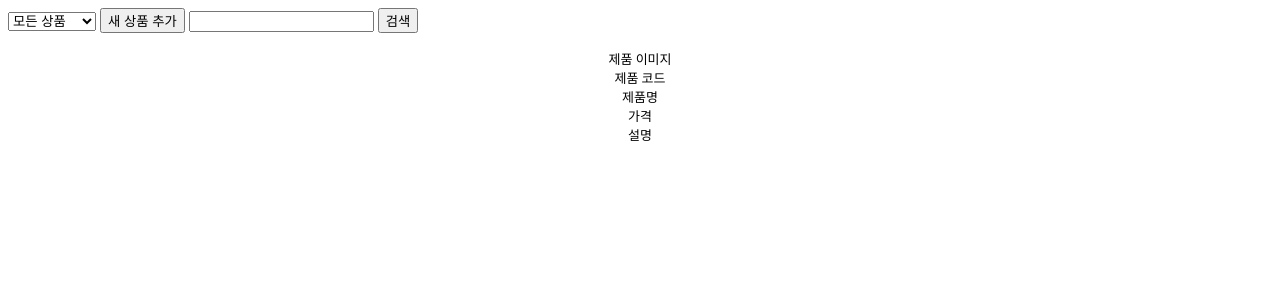
Repository: sjeong12/Photos
Page: http://localhost/LSJ_PHOTO/admin/productList.jsp
The author's editor kept a copy of each file at every save. The page is drawn from the files as they stood at one save, then again after the next save.
The browser window is 1280 px wide. The pictures show the whole page.
The page is served by Tomcat 9. Other server files are loaded and not shown. Queries for data that is not in the repository find no rows.

Above is the page before, as saved 2016-12-07 07:23:24.

### LSJ_PHOTO/WebContent/admin/productList.jsp
<%@ page language="java" import="java.sql.*" contentType="text/html; charset=utf-8" pageEncoding="utf-8" %>
<% request.setCharacterEncoding("utf-8"); %>
<HTML><HEAD>
<TITLE>제품 목록</TITLE></HEAD>

<script language=javascript>
function add_product()
{
	document.frm_s.action = "/LSJ_PHOTO/home.jsp?page=/admin/addProduct";
	document.frm_s.submit();
}
</script>


<BODY>

<%
    //String in_usernm = request.getParameter("search_value");
    //if (in_usernm == null) in_usernm = "";

    String in_search_key   = request.getParameter("search_key");
	String in_search_value = request.getParameter("search_value");
    //  페이지 번호 – 없으면(처음) 1, 아니면 전달 받은 페이지
    String strPageNum = request.getParameter("PageNum");     // paging
    // 표시할 목록의 개수 – 없으면 지정하여 사용
  	String strPageSize = request.getParameter("PageSize");   // paging
  	if (in_search_key   == null) in_search_key   = "";
 	if (in_search_value == null) in_search_value = "";
    if (strPageNum == null) strPageNum = "1";        // paging
    if (strPageSize == null) strPageSize = "10";      // paging    이 크기는 화면 사이즈에 따라 다름
    int currentPage = Integer.parseInt(strPageNum);  // paging  현재 선택 페이지 값 INT 로 변경
    int pageSize = Integer.parseInt(strPageSize);     // paging    목록의 갯수 INT로 변경
%>

<FORM NAME = frm_s  ACTION="/LSJ_PHOTO/home.jsp?page=/admin/productList" METHOD=post>
<SELECT NAME=search_key>

<OPTION VALUE = ""
	<%
 	     if (in_search_key.equals("")) out.print(" selected");
	%>
    >모든 상품</OPTION>
<OPTION VALUE = "1"
	<%
 	     if (in_search_key.equals("1")) out.print(" selected");
	%>
    >액자</OPTION>
<OPTION VALUE = "2"
    <%
         if (in_search_key.equals("2")) out.print(" selected");
    %>
  >앨범</OPTION>
 <OPTION VALUE = "3"
    <%
         if (in_search_key.equals("3")) out.print(" selected");
    %>
  >디자인 소품</OPTION>


   </SELECT>

<INPUT TYPE=button VALUE="새 상품 추가" onclick = "add_product()">
<right>
<INPUT TYPE=text NAME=search_value VALUE="<%= in_search_value %>">
<INPUT TYPE=submit VALUE="검색">
</right>
</FORM>




<TR bgcolor = "EAEAEA" height="30">
<TD><font size = 2><center>제품 이미지</center></font></TD>
<TD><font size = 2><center>제품 코드</center></font></TD>
<TD><font size = 2><center>제품명</center></font></TD>
<TD><font size = 2><center>가격</center></font></TD>
<TD><font size = 2><center>설명</center></font></TD>
</TR>
<%
Class.forName("com.microsoft.sqlserver.jdbc.SQLServerDriver");
String connectionURL = "jdbc:sqlserver://localhost:1433;databaseName=DBPstudio;user=sa;password=11";
Connection con = DriverManager.getConnection(connectionURL);

ResultSet rs = null;   // 데이터 베이스에서 가져온 정보를 저장하는 객체
ResultSet rs2 = null;      // paging    rs 객체 하나 더 생성

     Statement stmt = con.createStatement();
   //String SQL = "select userid, usernm, gender, jumin, jobcd from members order by userid";


     String SQL = "SELECT * ";

if (in_search_key.equals("")){
	SQL = SQL + "from Product ";
    SQL = SQL + "where Product_Name LIKE '%" + in_search_value + "%'";
    SQL = SQL + "or Product_Code Like '%" + in_search_value + "%' ";
}
else if (in_search_key.equals("1")){
	SQL = SQL + "from Product P, Sub_Category S ";
    SQL = SQL + "where (P.Product_Name LIKE '%" + in_search_value + "%' ";
    SQL = SQL + "or P.Product_Code Like '%" + in_search_value + "%') ";
    SQL = SQL + "and (P.SubCategory_Num = S.Sub_Category_Num) ";
	SQL = SQL + "and (S.Category_Num = '1') ";
}
else if (in_search_key.equals("2")){
	SQL = SQL + "from Product P, Sub_Category S ";
    SQL = SQL + "where (P.Product_Name LIKE '%" + in_search_value + "%' ";
    SQL = SQL + "or P.Product_Code Like '%" + in_search_value + "%') ";
    SQL = SQL + "and (P.SubCategory_Num = S.Sub_Category_Num) ";
	SQL = SQL + "and (S.Category_Num = '2') ";
}
else if (in_search_key.equals("3")){
	SQL = SQL + "from Product P, Sub_Category S ";
    SQL = SQL + "where (P.Product_Name LIKE '%" + in_search_value + "%' ";
    SQL = SQL + "or P.Product_Code Like '%" + in_search_value + "%') ";
	SQL = SQL + "and (P.SubCategory_Num = S.Sub_Category_Num) ";
	SQL = SQL + "and (S.Category_Num = '3') ";
}
	SQL = SQL + "order by Product_Name ";


     // 페이징을 이용하기 위한 MSSQL 함수로 페이지를 계산한다.
     String SQL2 = SQL;                             //  위의 기존 SQL 에 더 추가       // paging
     SQL2 = SQL2 + "OFFSET "+ ( currentPage - 1 ) * pageSize + " ROWS ";   // paging
     SQL2 = SQL2 + "FETCH NEXT " + pageSize + " ROWS ONLY ";                // paging
       // 전체 카운트를 가져오기위한 sql을 실행해야한다.
      rs2 = stmt.executeQuery(SQL);   // select 문                             //paging
      int totalRecords = 0;                                                             //paging
      while(rs2.next()){       // 처음부터 끝까지                                  //paging
      totalRecords++;       // 전체 레코드 수 카운트                             //paging
      }


   // 페이지가 계산된 목록을 가져오는 SQL2를 실행한다.
      rs = stmt.executeQuery(SQL2);    //  SQL2=기존 SQL + 페이징 SQL      // paging

   while(rs.next())
   {
       String image= rs.getString("Product_Image");
       String code= rs.getString("Product_Code");
       String name= rs.getString("Product_Name");
       int price= rs.getInt("product_Price");
       String Info= rs.getString("Product_Info");

   %>
      <TR onmouseover="this.style.backgroundColor='F6F6F6';"
      onmouseout="this.style.backgroundColor='white'; ">  <TD>
      <a href="/LSJ_PHOTO/home.jsp?page=/admin/productView&pcode=<%= code %>">
      <img src="/LSJ_PHOTO/productImage/<%= image %>" border="0" width="100" height="100"/>
	  </a>
      </TD>
               <TD><font size = 2> <%= code%> </font></TD>
               <TD><font size = 2> <%= name%> </font></TD>
               <TD><font size = 2> &nbsp;&nbsp;<%= price %>&nbsp;&nbsp; </font></TD>
               <TD><font size = 2> <%= Info%> </font></TD> </TR>
   <% } %>

</TABLE>

<%
int intTotPages= 0; // 총 페이지 수 계산
int intR= totalRecords % pageSize;   // 6 % 3 = 0
if(intR == 0) {
intTotPages = totalRecords / pageSize;
}
else  {   // 7 % 3 != 0
intTotPages = totalRecords / pageSize + 1;  // 나머지가 0 아니면 총 페이지수는 몫 + 1
}

int intGrpSize  = 2; // 그룹 수 설정 - 화면에 보여질 그룹  수
int currentGrp  = 0; // 현 그룹 No.
intR= currentPage % intGrpSize;     // 3 % 2 = ?
if(intR == 0) {
currentGrp= currentPage / intGrpSize;  //4/2=2 그룹
}
else  {   // 3/2 =1 +1 =2그룹
currentGrp= currentPage / intGrpSize + 1;
}
//Page 282
int intGrpStartPage= (currentGrp  - 1) * intGrpSize + 1;   // 2그룹일 때 (2-1)*2+1=3
int intGrpEndPage=  currentGrp * intGrpSize;                  // 2그룹일 때  2*2=4
if (intGrpEndPage > intTotPages){    //  그룹의 끝 페이지가 총 페이지수보다 크면
intGrpEndPage= intTotPages;           //  끝 페이지 수가 총 페이지 수
}

if (currentGrp > 1){    //  그룹 2부터는 이전 페이지 표시
%>
 [<A href="/LSJ_PHOTO/home.jsp?page=/admin/productList&PageNum=<%= intGrpStartPage - 1 %>">이전</A>]
<%                                                               // 이전 이니까 -1
}

int intGrpPageCount= intGrpSize; // 그룹 당 페이지 수
int intIndex= intGrpStartPage; // 현 그룹 시작 페이지
while (intGrpPageCount > 0 && intIndex <= intGrpEndPage){
%>
[<A href="/LSJ_PHOTO/home.jsp?page=/admin/productList&PageNum=<%= intIndex %>"><%= intIndex %></A>] &nbsp;
<%
intIndex = intIndex + 1;
intGrpPageCount  = intGrpPageCount - 1;
}
if (intIndex <= intTotPages){  // 다음 그룹이 있으면
%>
[<A href="/LSJ_PHOTO/home.jsp?page=/admin/productList&PageNum=<%= intIndex %>">다음</A>]
<%
}

stmt.close();
rs.close();
rs2.close();
con.close();

%>

</BODY>

After the next save:
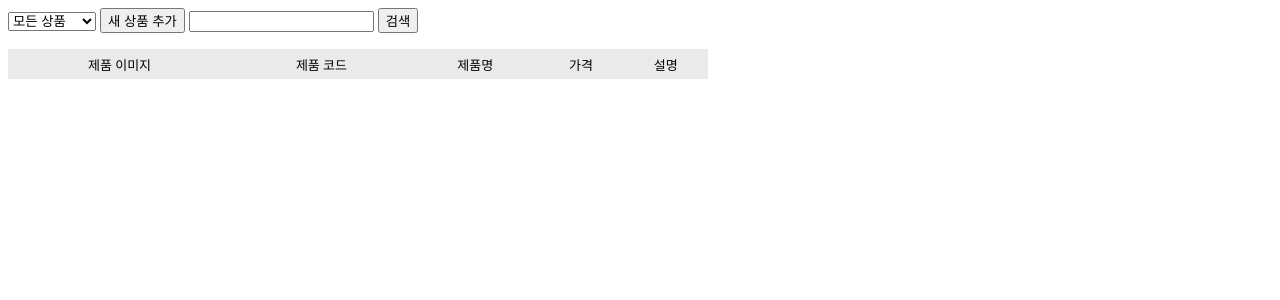
Saved 56 s later.
--- a/LSJ_PHOTO/WebContent/admin/productList.jsp
+++ b/LSJ_PHOTO/WebContent/admin/productList.jsp
@@ -68,7 +68,7 @@ function add_product()
 
 
 
-
+<TABLE border = "0" cellspacing = "0" cellpadding = "0" width = "700">
 <TR bgcolor = "EAEAEA" height="30">
 <TD><font size = 2><center>제품 이미지</center></font></TD>
 <TD><font size = 2><center>제품 코드</center></font></TD>
